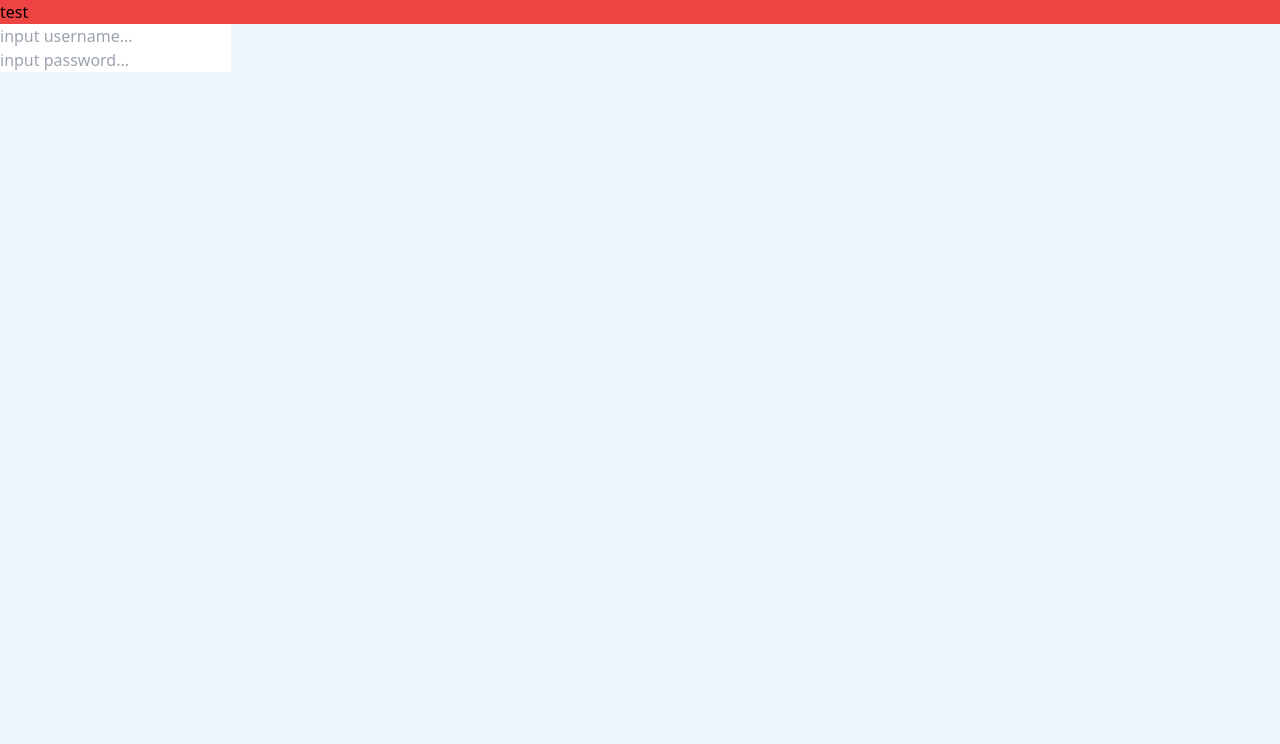
Repository: HAONANTAO/MERN_chat_app
Page: / (app in client/)
An editor plug-in stored every save of this project. The page is shown before and after a run of saves, followed by the edit.
The browser window is 1280 px wide. The pictures show the whole page.
The project was rebuilt for these pictures with package versions that can differ from the ones it lists, and the page was loaded fresh each time. Also part of the build but not shown: client/vite.config.js.

Above is the page before, as saved 2024-03-18 15:24:27.

### client/src/App.jsx
import Register from "./Register";

function App() {
  return (
    <>
      <div className="bg-red-500">test</div>
      <Register></Register>
    </>
  );
}

export default App;

### client/src/Register.jsx
import React from "react";

const Register = () => {
  return (
    <div className="bg-blue-50 h-screen">
      <form>
        <input
          type="text"
          placeholder="input username..."
          className="block"></input>
        <input
          type="password"
          placeholder="input password..."
          className="block"></input>
      </form>
    </div>
  );
};

export default Register;

### client/tailwind.config.js
/** @type {import('tailwindcss').Config} */
export default {
  content: ["./src/*.jsx"],
  theme: {
    extend: {},
  },
  plugins: [],
};

Loaded but not shown: client/index.html (common file); client/src/main.jsx (common file); client/src/index.css (common file)

After the next 2 saves:
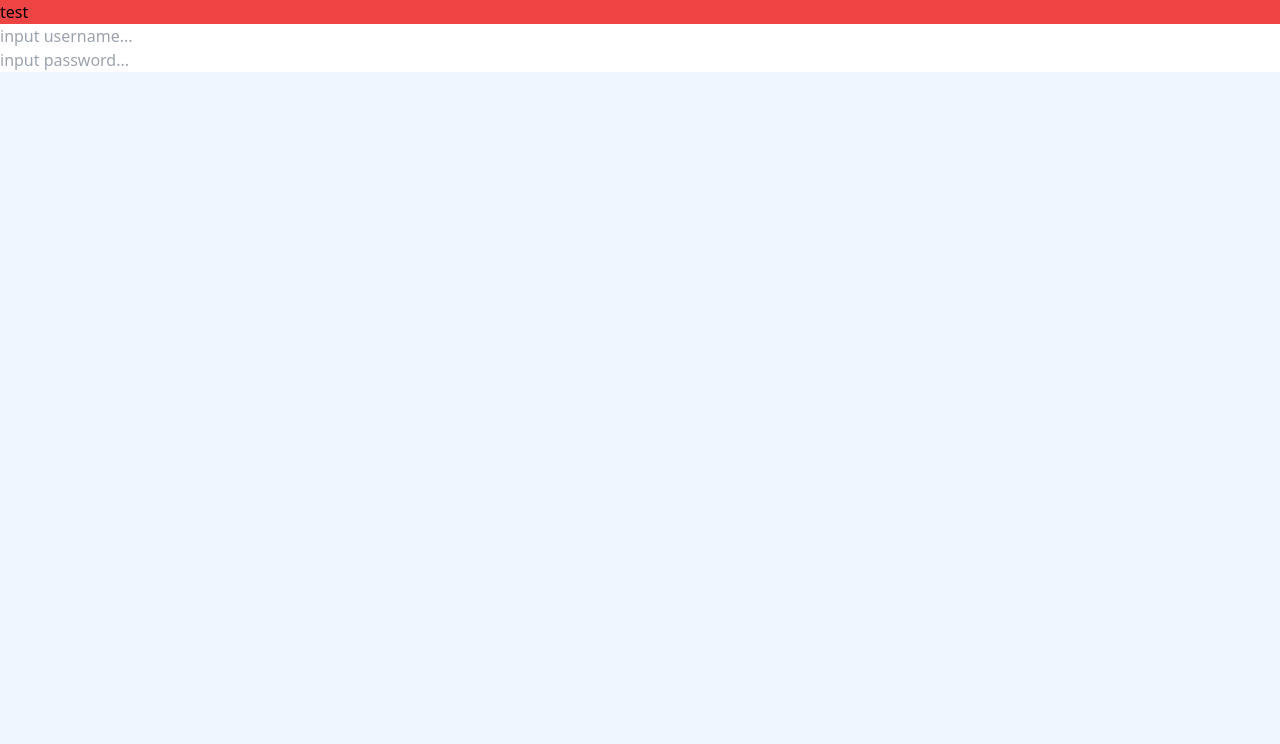
The 2 saves are shown as one change because they came seconds apart.
The last was saved 11 s later.
--- a/client/src/Register.jsx
+++ b/client/src/Register.jsx
@@ -7,11 +7,11 @@ const Register = () => {
         <input
           type="text"
           placeholder="input username..."
-          className="block"></input>
+          className="block w-full"></input>
         <input
           type="password"
           placeholder="input password..."
-          className="block"></input>
+          className="block w-full"></input>
       </form>
     </div>
   );

After the 2 saves that followed:
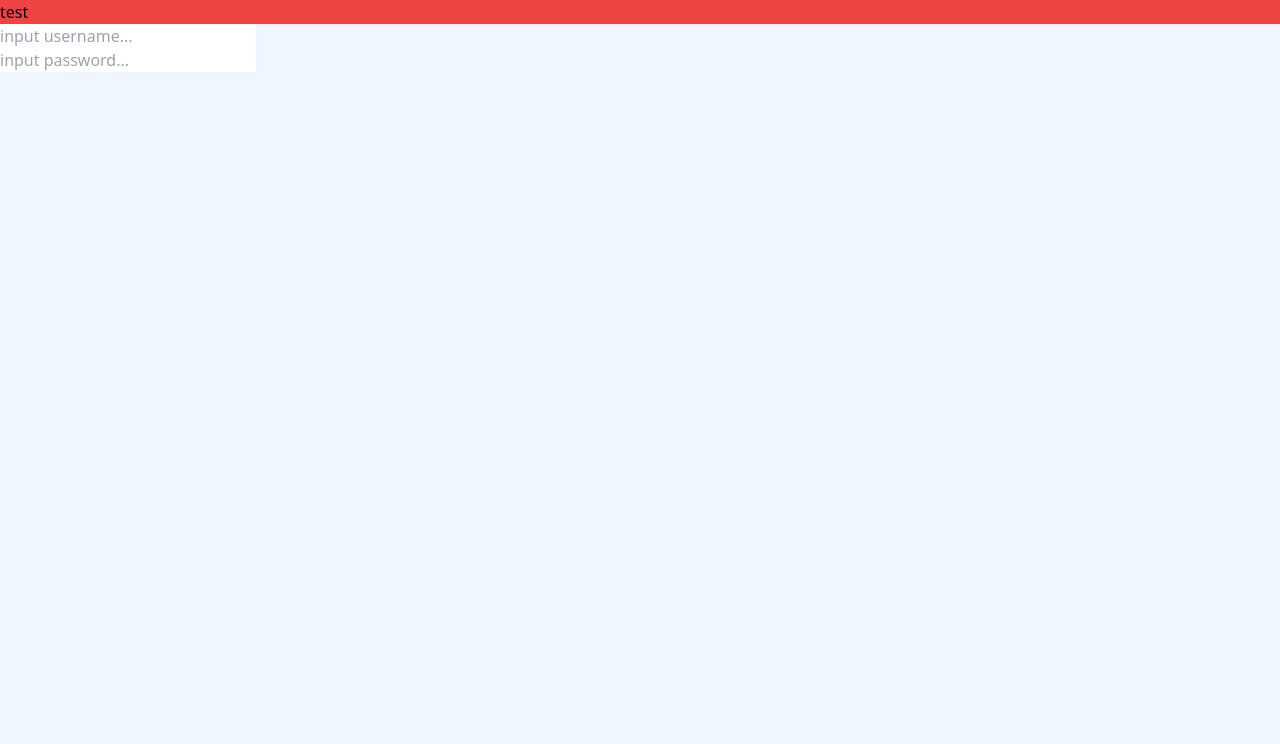
The 2 saves are shown as one change because they came seconds apart.
The last was saved 10 s later.
--- a/client/src/Register.jsx
+++ b/client/src/Register.jsx
@@ -3,7 +3,7 @@ import React from "react";
 const Register = () => {
   return (
     <div className="bg-blue-50 h-screen">
-      <form>
+      <form className="w-64">
         <input
           type="text"
           placeholder="input username..."
